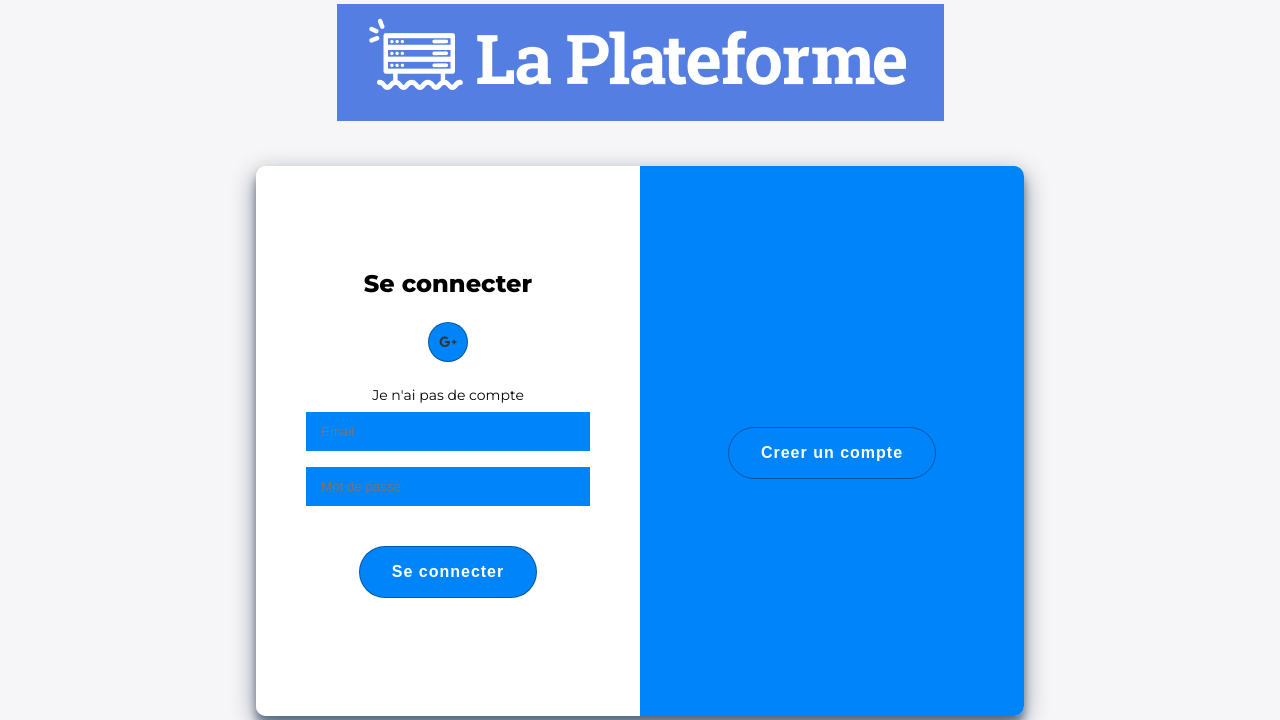
Repository: karim-sebih/runtrackJs
Page: bigjob/index.html
An editor plug-in stored every save of this project. The page is shown before and after a run of saves, followed by the edit.
The browser window is 1280 px wide. The pictures show the whole page.
Some web libraries are served in a nearby version.

Above is the page before, as saved 2025-03-21 08:52:47.

After the next 4 saves:
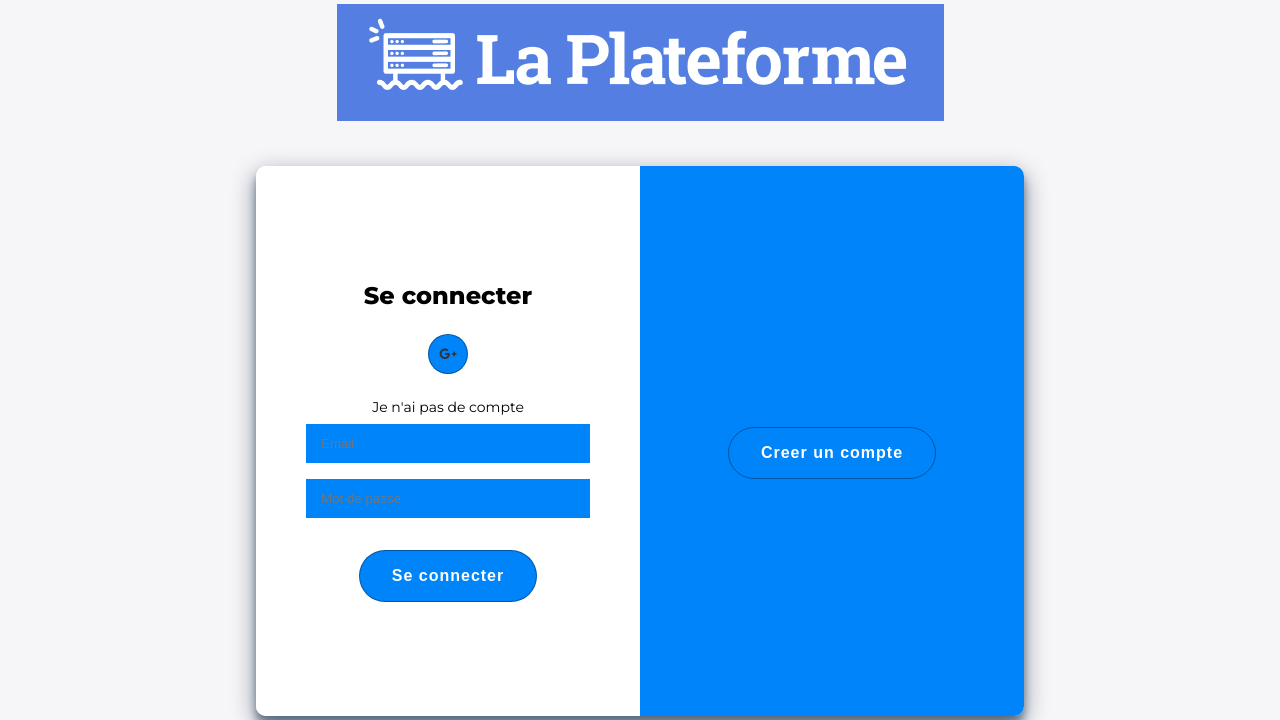
The 4 saves are shown as one change because they came seconds apart.
The last was saved 60 s later.
--- a/bigjob/index.html
+++ b/bigjob/index.html
@@ -41,7 +41,7 @@
 				<span>Je n'ai pas de compte</span>
 				<input type="email" placeholder="Email">
 				<input type="password" placeholder="Mot de passe">
-				<a href="accueil.html"> <button>Se connecter</button></a>
+				 <button>Se connecter</button>
 			</form>
 		</div>
 
